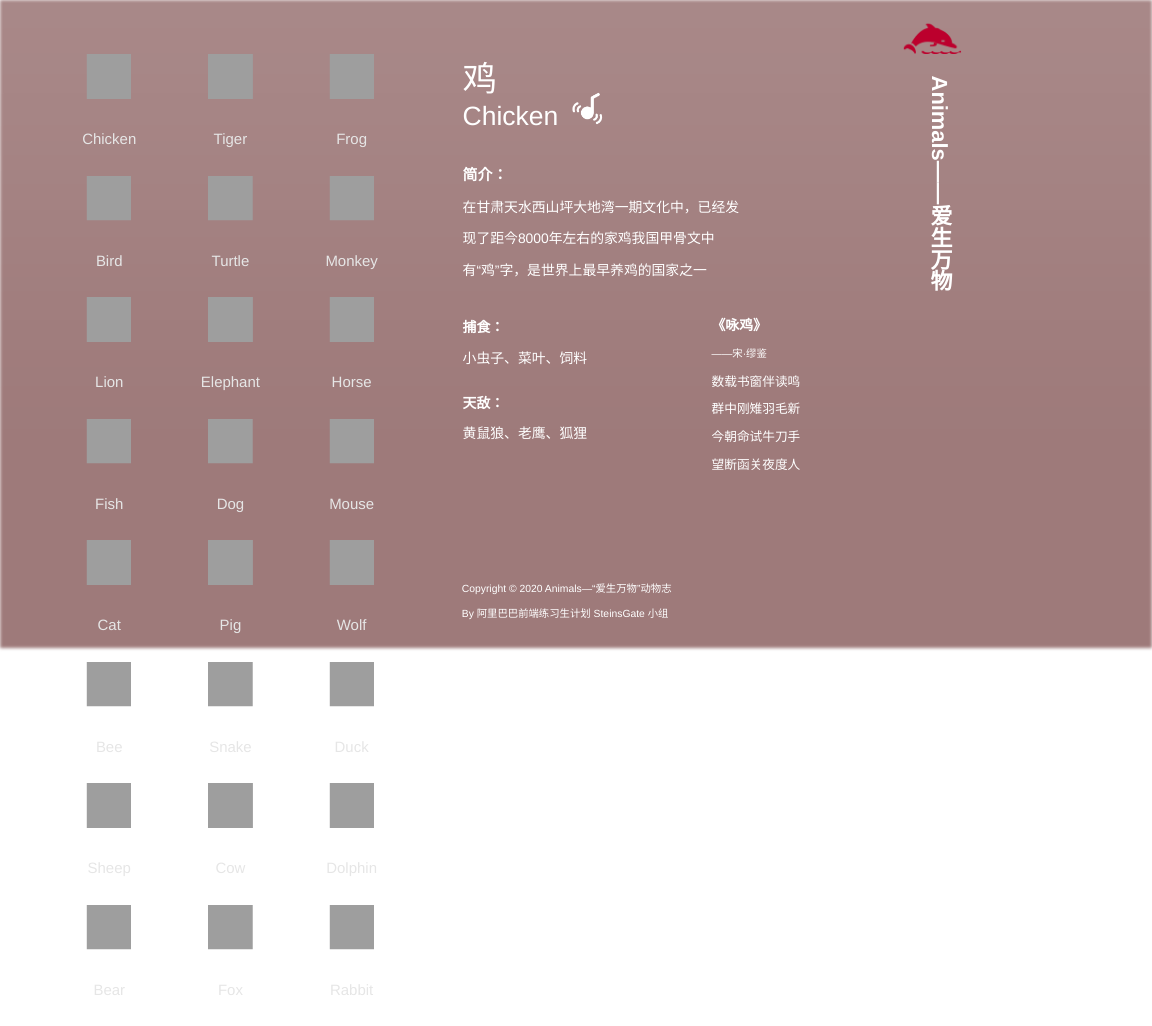
Repository: Whiskeyi/Animals
Page: /
An editor plug-in stored every save of this project. The page is shown before and after the next save, followed by the edit.
The browser window is 1280 px wide. The pictures show the whole page, at 90% of full size.
Pictures or frames that could not be fetched are drawn as grey boxes. The project was rebuilt for these pictures with package versions that can differ from the ones it lists, and the page was loaded fresh each time.

Above is the page before, as saved 2021-11-18 15:20:15.

After the next save:
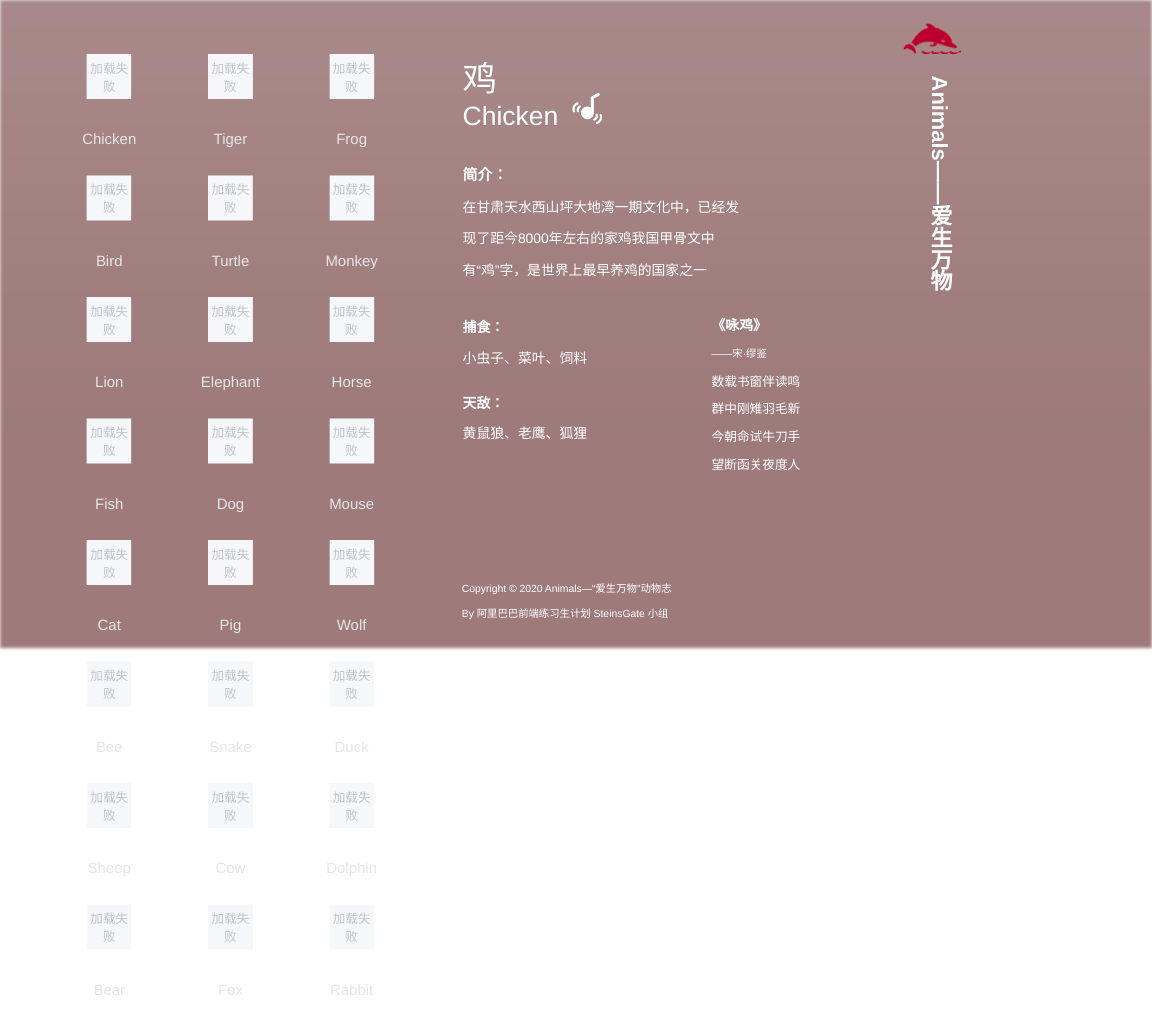
Not found: item.img
Saved 23 s later.
--- a/src/components/left-main/index.vue
+++ b/src/components/left-main/index.vue
@@ -2,7 +2,7 @@
   <div class="leftContainer">
     <el-row :gutter="20" type="flex" justify="center" v-for="(i, inx) in dataLength/3" :key="inx">
       <el-col :span="8" v-for="(item, index) in getNum(inx * 3)" :key="index">
-        <el-image class="logo" alt="logo" :src="item.img"></el-image>
+        <el-image class="logo" alt="logo" src="item.img"></el-image>
         <div>{{ item.enName }}</div>
       </el-col>
     </el-row>

After the 2 saves that followed:
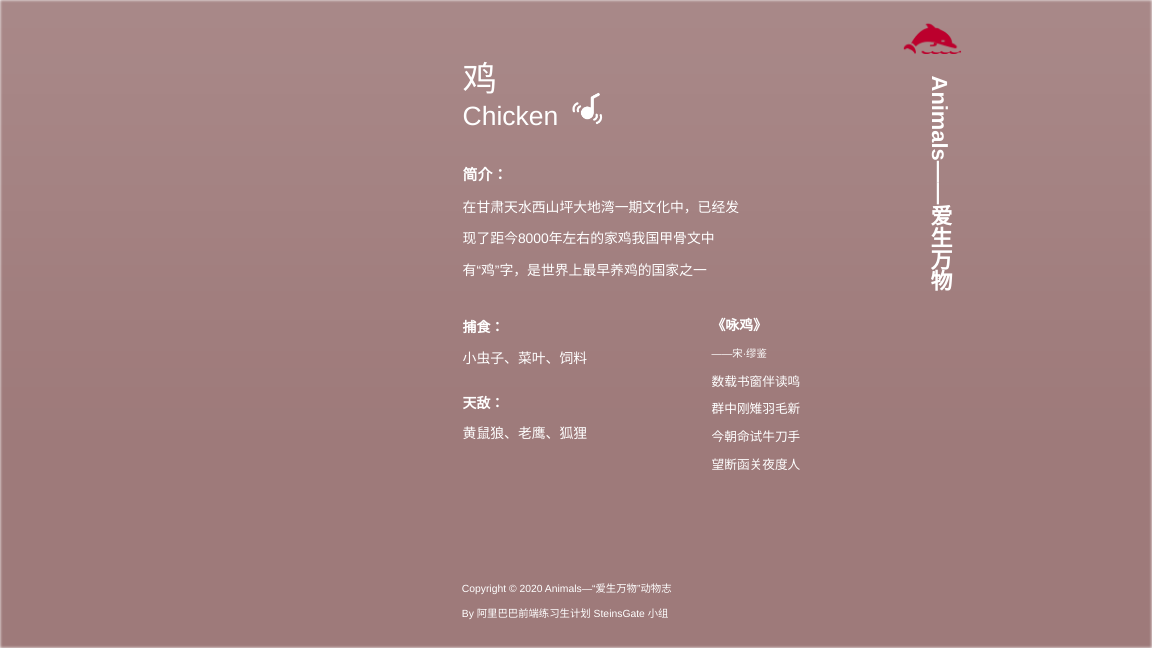
The 2 saves are shown as one change because 1 left the picture as it was.
The last was saved 24 s later.
--- a/src/components/left-main/index.vue
+++ b/src/components/left-main/index.vue
@@ -2,7 +2,7 @@
   <div class="leftContainer">
     <el-row :gutter="20" type="flex" justify="center" v-for="(i, inx) in dataLength/3" :key="inx">
       <el-col :span="8" v-for="(item, index) in getNum(inx * 3)" :key="index">
-        <el-image class="logo" alt="logo" src="item.img"></el-image>
+        <el-image class="logo" alt="logo" :src="require(item.img)"></el-image>
         <div>{{ item.enName }}</div>
       </el-col>
     </el-row>
